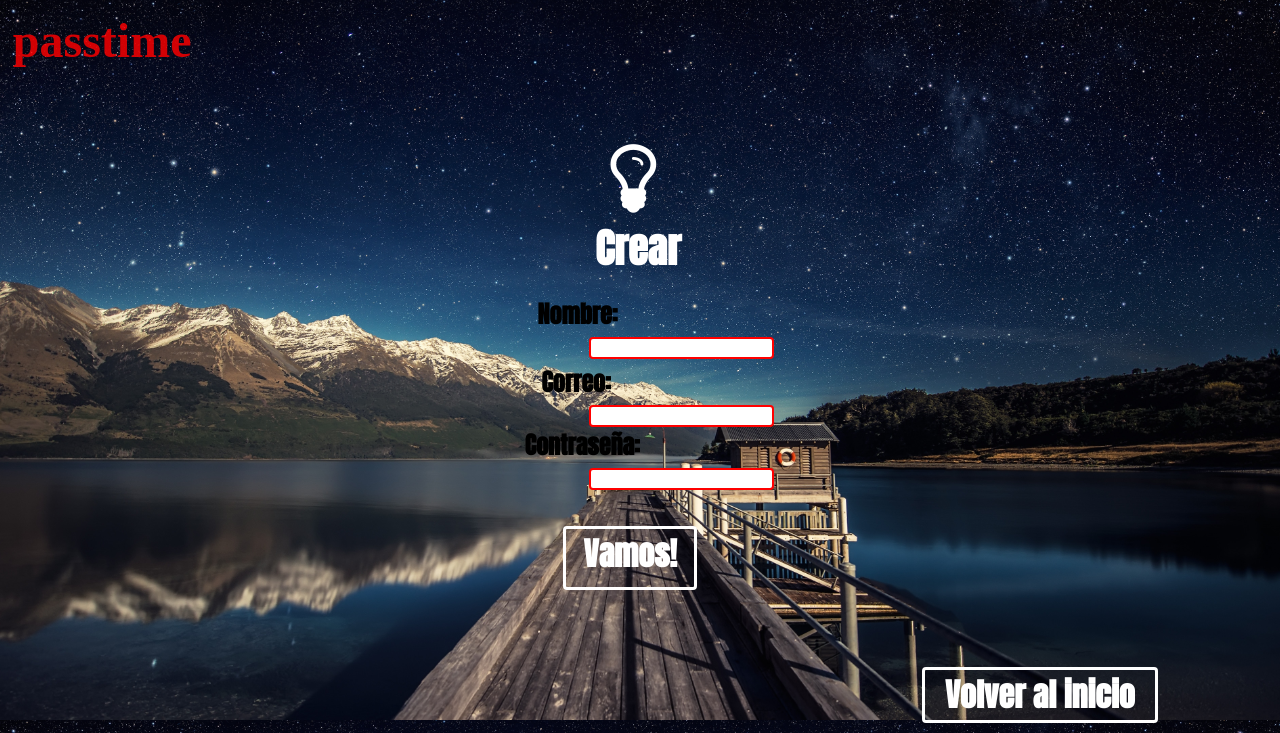
Repository: PassTimeOp/passtimeop.github.io
Page: signup.html
The author's editor kept a record of every edit. The page is drawn from the files as they stood at one moment, then again after the next edit.
The browser window is 1280 px wide. The pictures show the whole page.
Backgrounds fixed to the window are drawn as part of the page. Some web fonts or font styles are not loaded; a fallback is used.

Above is the page before.

### signup.html
<!DOCTYPE HTML>
<html>
    <head>
        <link type="text/css" rel="stylesheet" href="signupStyle.css"/>
        <link rel="stylesheet" href="font-awesome-4.7.0/css/font-awesome.min.css">
        <link href="https://fonts.googleapis.com/css?family=Anton|Arvo|Shrikhand" rel="stylesheet">
        <title>acceder | passtime</title>
    </head>

    <body>
        <h1 id="title">passtime</h1>

        <i class="fa fa-lightbulb-o fa-5x" aria-hidden="true"></i>

        <h1 id="acceder">Crear</h1>


        <div id="data">
            <h4 id="nombre">Nombre:</h4><input type="text" name="nombre">
            <h4 id="correo">Correo:</h4><input type="text" name="correo">
            <h4 id="pass">Contraseña:</h4><input type="password" name="psw">
        </div>

        <div class="buttons" id="vamos"><a href="Calendario/calendario.html" style="text-decoration: none"><h3>Vamos!</h3></a></div>
        <div class="buttons" id="volver"><a href="index.html" style="text-decoration: none"><h3>Volver al inicio</h3></a></div>
    </body>
</html>

### signupStyle.css
html, body{
  width: 100%;
  height: 100%;
  margin: 0;
  padding: 0;
}

body {
  background-image: url(signup.jpg);
  background-size: cover;
  background-position: center;
  width: 100%;
  height: 100%;
  background-repeat: no-repeat;
  background-attachment: fixed;
}

#title {
  font-family: 'Shrikhand', cursive;
  font-size: 300%;
  margin-top: 1%;
  margin-left: 1%;
  display: block;
  color: rgba(255, 0, 0, 0.82);
}

#acceder {
  font-family: 'Anton', sans-serif;
  color: #FFF;
  margin: 0% 0% 0% 46.5%;
  display: block;
  font-size: 250%;
}

i {
  margin: 3% 1% 0% 47.7%;
  color: #FFF;
  display: block;
}

input {
  display: inline-block;
  border-radius: 4px;
  border: 2px solid red;
  height: 20%;
  margin: 0% 0% 0% 30%;
}

#data {
  margin: 1% 0% 0% 40%;
  height: 11%;
  width: 20%;
  display: inline-block;
}

h4 {
  font-size: 150%;
  font-family: 'Anton', sans-serif;
  color: #000;
}

#nombre {
  display: block;
  margin: 2% 1% 2% 10%;
}


#correo {
  display: block;
  margin: 2% 1% 2% 11.5%;
}

#pass {
  display: block;
  margin: 0% 0% 2% 5%;
}


.buttons {
  border: 3px solid #FFF;
  border-radius: 4px;
}

h3 {
  font-family: 'Anton', sans-serif;
  margin: 0% 0% 0% 0%;
  text-align: center;
  font-size: 200%;
  color: #FFF;
}

#vamos {
  width: 10%;
  height: 8%;
  padding: 0%;
  display: block;
  margin: 3% 0% 0% 44%;
}

#volver {
  width: 18%;
  height: 7%;
  padding: 0%;
  margin: 6% 0% 0% 72%;
  display: block;
}

Loaded but not shown: font-awesome-4.7.0/css/font-awesome.min.css (library)

After the next edit:
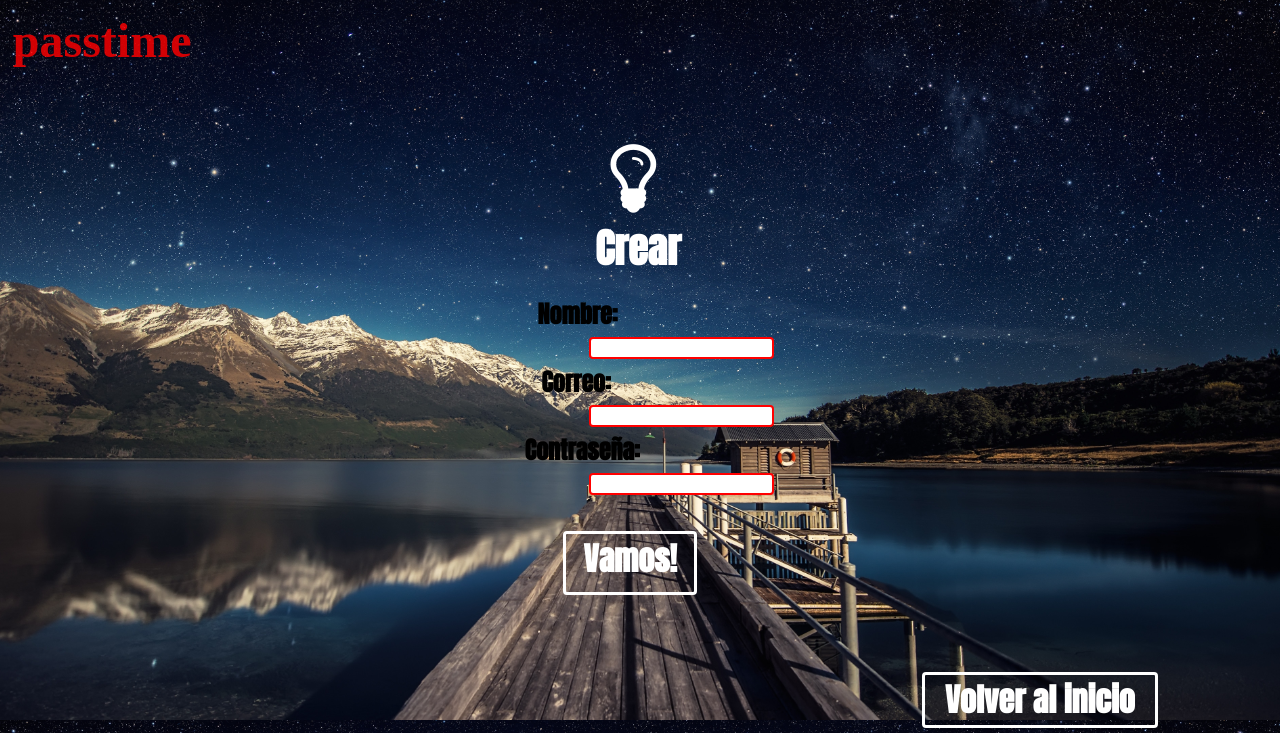
The edit:
--- a/signupStyle.css
+++ b/signupStyle.css
@@ -72,7 +72,7 @@
 
 #pass {
   display: block;
-  margin: 0% 0% 2% 5%;
+  margin: 2% 0% 2% 5%;
 }
 
 
